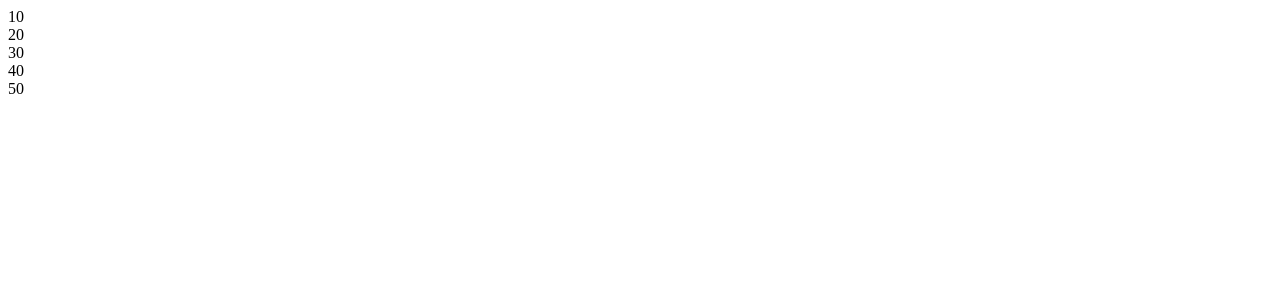
Repository: gwonjunsu95/html5
Page: html5/WebContent/day0505.html
The author's editor kept a copy of each file at every save. The page is drawn from the files as they stood at one save, then again after the next save.
The browser window is 1280 px wide. The pictures show the whole page.

Above is the page before, as saved 2020-04-22 05:10:46.
Console error: ReferenceError: index is not defined

### html5/WebContent/day0505.html
<!DOCTYPE html>
<html>
<head>
<meta charset="UTF-8">
<title>Insert title here</title>
</head>
<body>
	<script>
		let arr = [10,20,30,40,50];
		for(let i = 0; i < arr.length; i++){
			document.write(arr[i] + "<br/>" );
		}

		for(let value in arr) {	//key값이 index에 입력
			document.write("forin: " + index + " : " + arr[index] + "<br/>");
		}
	</script>
</body>
</html>

After the next save:
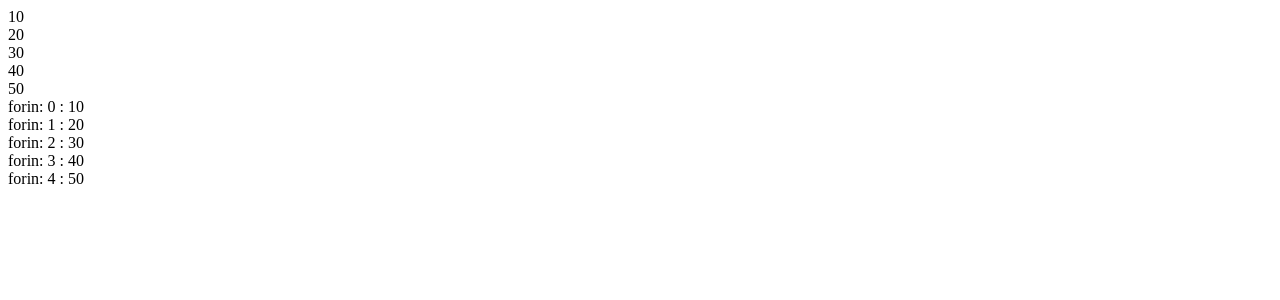
The error is gone.
Saved 25 s later.
--- a/html5/WebContent/day0505.html
+++ b/html5/WebContent/day0505.html
@@ -11,7 +11,7 @@
 			document.write(arr[i] + "<br/>" );
 		}
 
-		for(let value in arr) {	//key값이 index에 입력
+		for(let index in arr) {	//key값이 index에 입력
 			document.write("forin: " + index + " : " + arr[index] + "<br/>");
 		}
 	</script>
